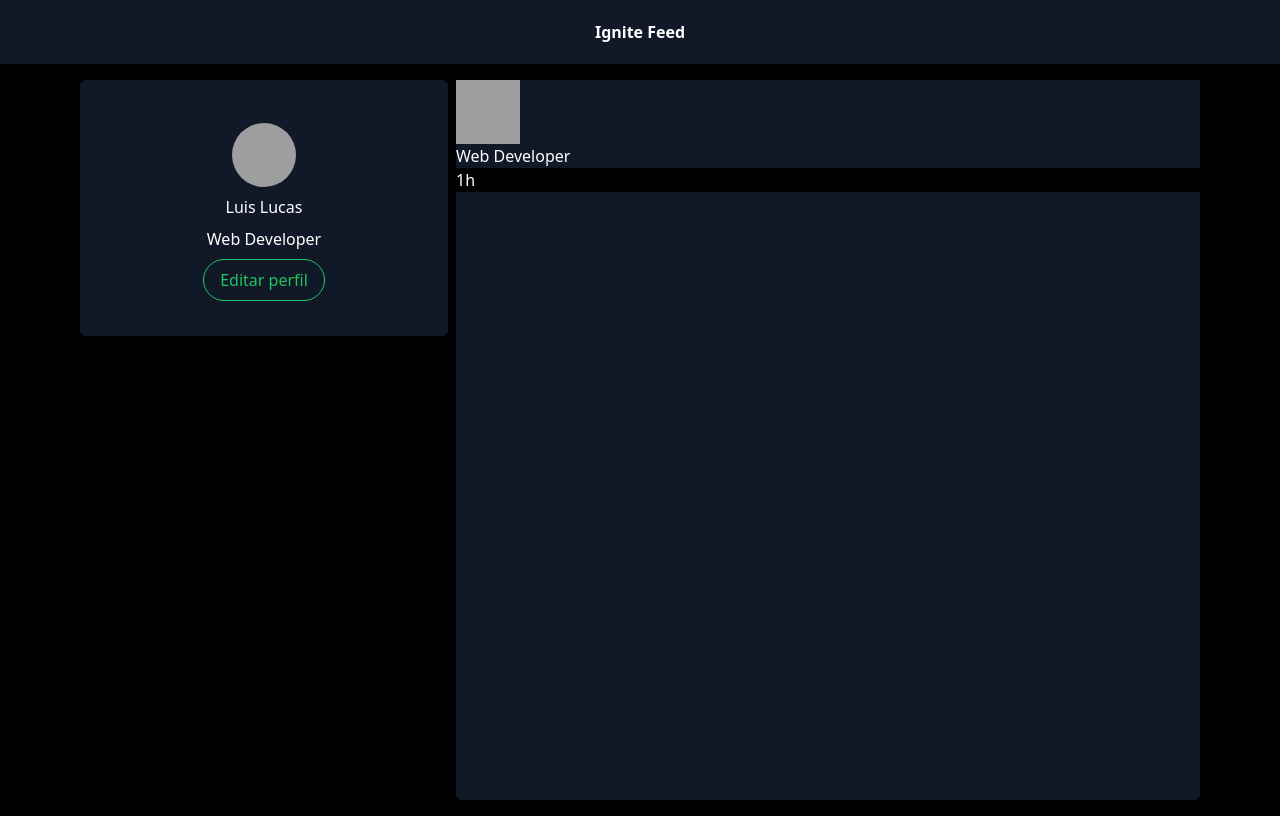
Repository: LuisSempre/ignite-feed
Page: /
These files come from the project's save history. The page is drawn as it stood at one moment and after the next save; the edit follows.
The browser window is 1280 px wide. The pictures show the whole page.
Pictures or frames that could not be fetched are drawn as grey boxes. The project was rebuilt for these pictures with package versions that can differ from the ones it lists, and the page was loaded fresh each time. Also part of the build but not shown: vite.config.js.

Above is the page before, as saved 2022-07-13 22:50:23.

### src/App.jsx
import { Header } from "./Components/Header"
import { Sidebar } from "./Components/Sidebar"
import { Post } from "./Components/Post"
function App() {
  return (
    <div>
      <Header />
      <div className="max-w-6xl mx-auto p-4 grid grid-cols-3 gap-2 items-start">
        <Sidebar />
        <div className="col-span-2">
         <Post />
        </div>
      </div>
    </div>
  );
}

export default App;

### src/index.css
@tailwind base;
@tailwind components;
@tailwind utilities;

* {
    @apply bg-black text-white;
}

h1, span, a, img {
    @apply bg-gray-900
}

### src/Components/Header.jsx
export function Header() {
  return (
    <div className="flex items-center justify-center h-16 bg-gray-900 mx-auto w-full">
      <h1 className="font-bold bg-gray-900">Ignite Feed</h1>
    </div>
  )
}

### src/Components/Sidebar.jsx
export function Sidebar() {
  return (
    <div className="rounded-md bg-gray-900 justify-center items-center flex flex-col text-center  h-64 space-y-2">
        <span className=" bg-gradient-r from-green-500 via-blue-500"></span>
        <img
          className="w-16 h-16 rounded-full overflow-hidden object-cover"
          src="https://avatars.githubusercontent.com/u/32404639?v=4"
          alt=""
        />
        <h1>Luis Lucas</h1>
        <span>Web Developer</span>
        <a
          href=""
          className="border border-green-500 px-4 py-2 rounded-full text-green-500"
        >
          Editar perfil
        </a>
    </div>
  );
}

### src/Components/Post.jsx
export function Post() {
  return (
    <div className="bg-gray-900 rounded-md h-screen">
      <div>
        <div className="bg-gray-900 flex flex-col">
          <img
            className="h-16 w-16"
            src="https://github.com/luissempre.png"
            alt=""
          />
          <span>Web Developer</span>
        </div>
        <div>
            <time>1h</time>
        </div>
      </div>
    </div>
  );
}

Loaded but not shown: index.html (common file); src/main.jsx (common file); tailwind.config.js (common file)

After the next save:
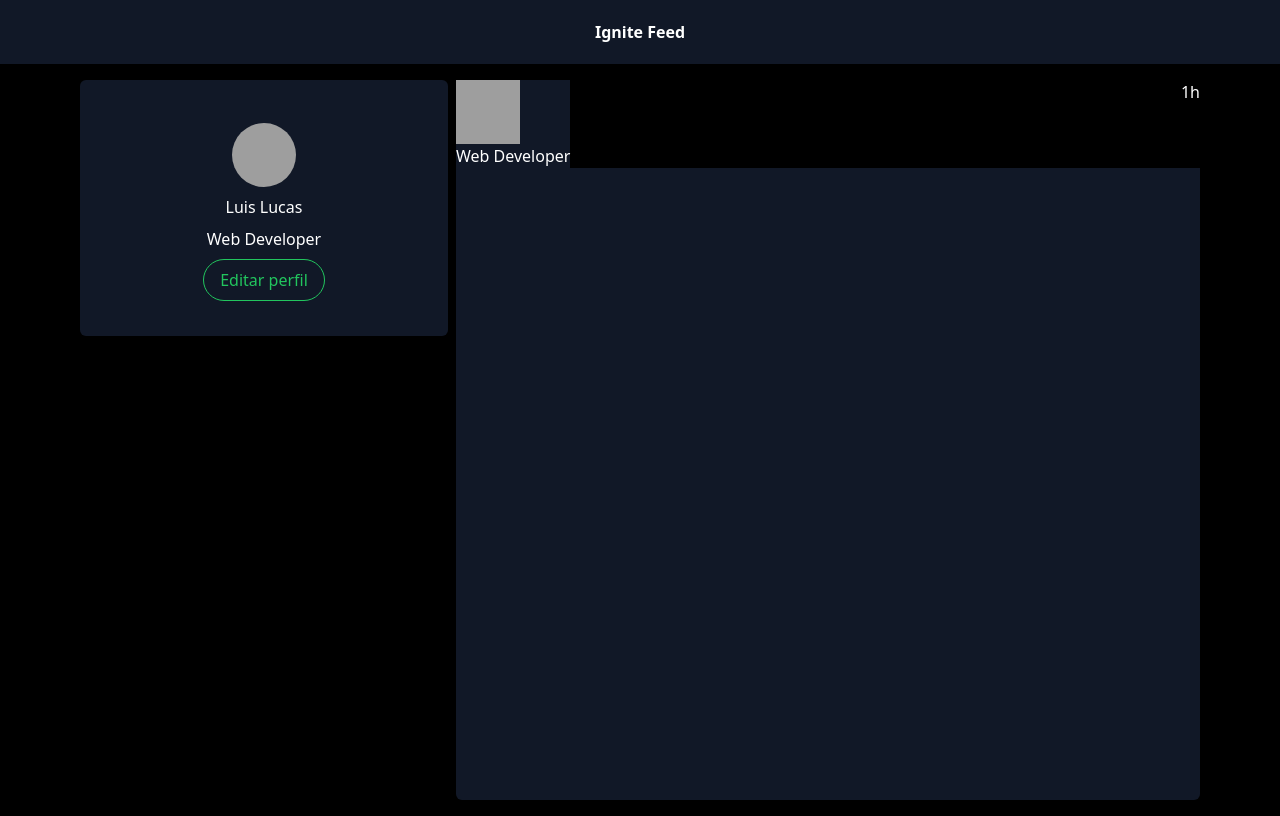
Saved 13 s later.
--- a/src/Components/Post.jsx
+++ b/src/Components/Post.jsx
@@ -1,7 +1,7 @@
 export function Post() {
   return (
     <div className="bg-gray-900 rounded-md h-screen">
-      <div>
+      <div className="flex justify-between">
         <div className="bg-gray-900 flex flex-col">
           <img
             className="h-16 w-16"
